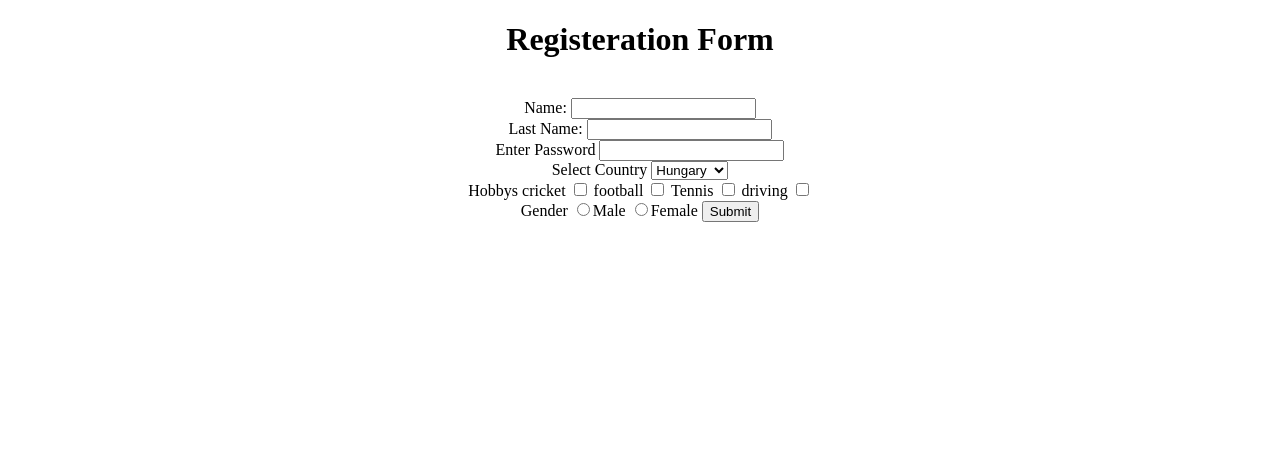
Repository: DevKhanHassam/SpringMvc
Page: http://localhost/formPractice/WEB-INF/views/form.jsp
These files come from the project's save history. The page is drawn as it stood at one moment and after the next save; the edit follows.
The browser window is 1280 px wide. The pictures show the whole page.
The page is served by Tomcat 9. Nobody is signed in. The template is opened directly, without the code that normally fills it, so the values that code supplies are empty.

Above is the page before, as saved 2024-05-18 14:51:20.

After the next save:
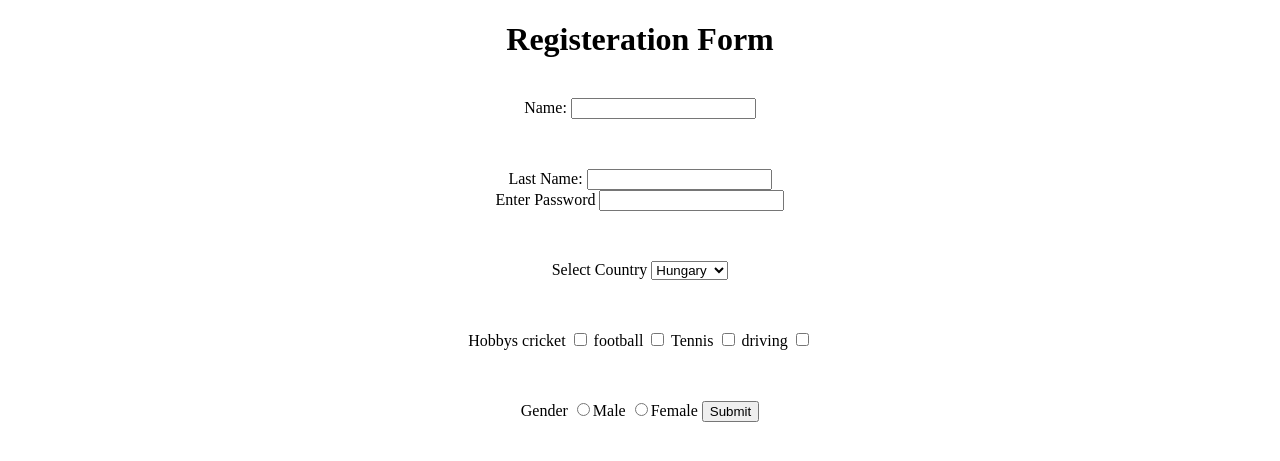
Saved 2 min 48 s later.
--- a/formPractice/src/main/webapp/WEB-INF/views/form.jsp
+++ b/formPractice/src/main/webapp/WEB-INF/views/form.jsp
@@ -34,6 +34,7 @@
 			<form:input id="firstName" path="firstName" />
 			<form:errors path="firstName" cssClass="error" ></form:errors>
 
+			<p>
 			<br>
 			<div></div>
 
@@ -46,6 +47,7 @@
 			<label for="password">Enter Password</label>
 			<form:password id="password" path="password" />
 
+			<p>
 			<br>
 			<div></div>
 
@@ -57,6 +59,7 @@
 			</form:select>
 
 
+			<p>
 			<br>
 			<div></div>
 
@@ -66,6 +69,7 @@
 		     Tennis <form:checkbox path="hobby" value="Tennis" />
 		     driving <form:checkbox path="hobby" value="driving" />
 
+		     <p>
 		     <br>
 		     <div></div>
 
